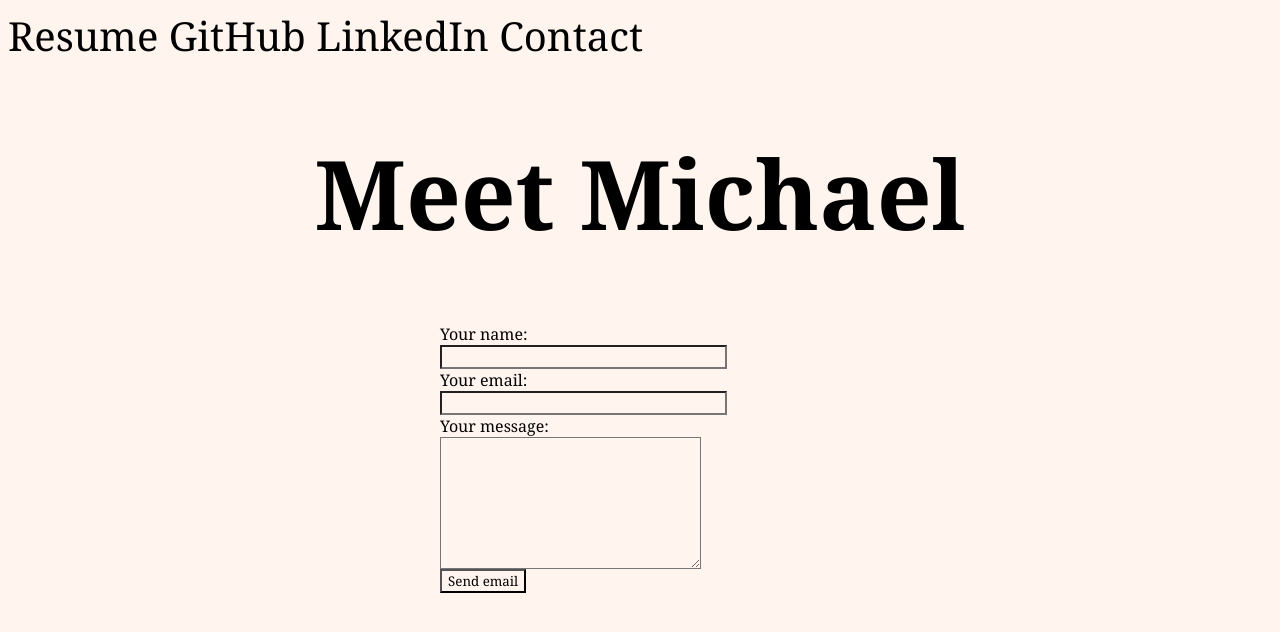
Repository: strandedonthird/strandedonthird.github.io
Page: HTML/contact.html
These files come from the project's save history. The page is drawn as it stood at one moment and after the next save; the edit follows.
The browser window is 1280 px wide. The pictures show the whole page.

Above is the page before, as saved 2022-05-09 17:37:47.

After the next save:
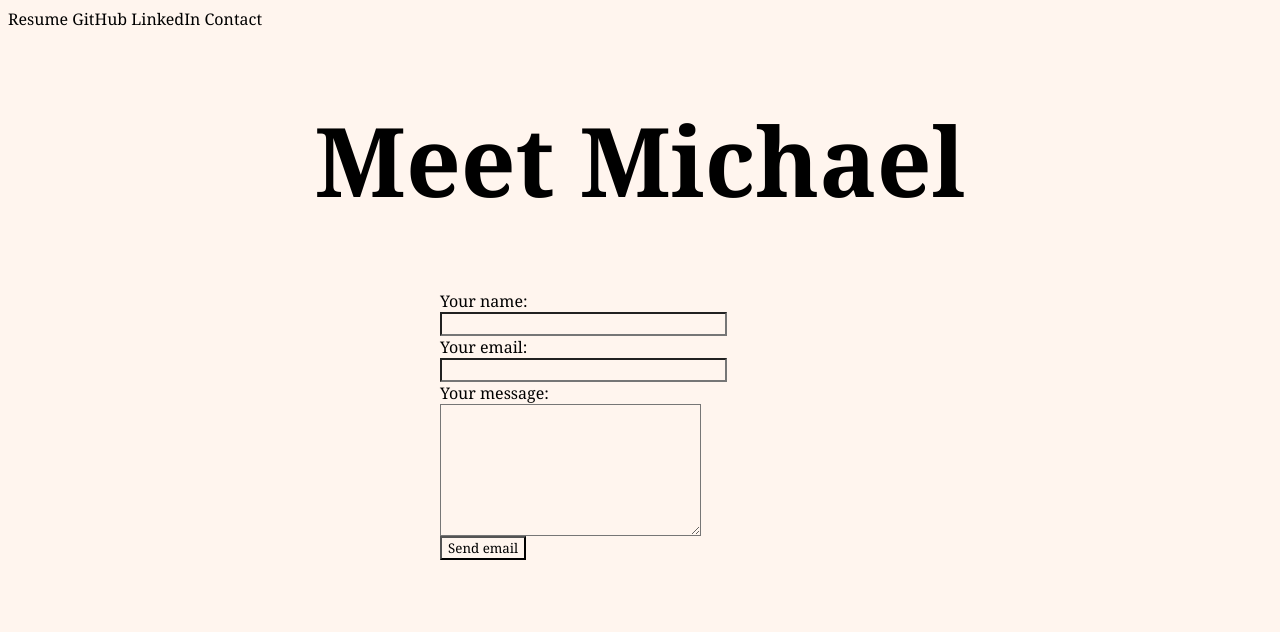
Saved 18 s later.
--- a/CSS/index.css
+++ b/CSS/index.css
@@ -7,7 +7,7 @@
 .container {
   display: flex;
   display: inline-block;
-  text-align: center;
+  t
   font-size: 2.5em;
 }
 

After the 2 saves that followed:
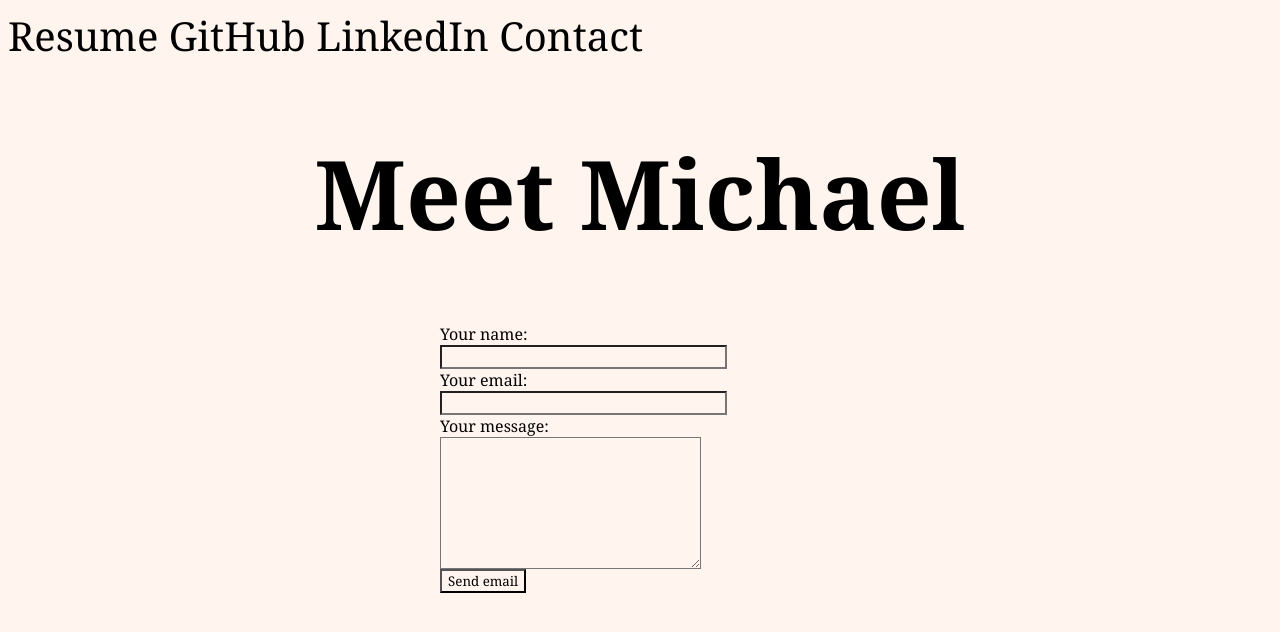
The 2 saves are shown as one change because they came seconds apart.
The last was saved 7 s later.
--- a/CSS/index.css
+++ b/CSS/index.css
@@ -7,7 +7,7 @@
 .container {
   display: flex;
   display: inline-block;
-  t
+  text-indent: ;
   font-size: 2.5em;
 }
 
